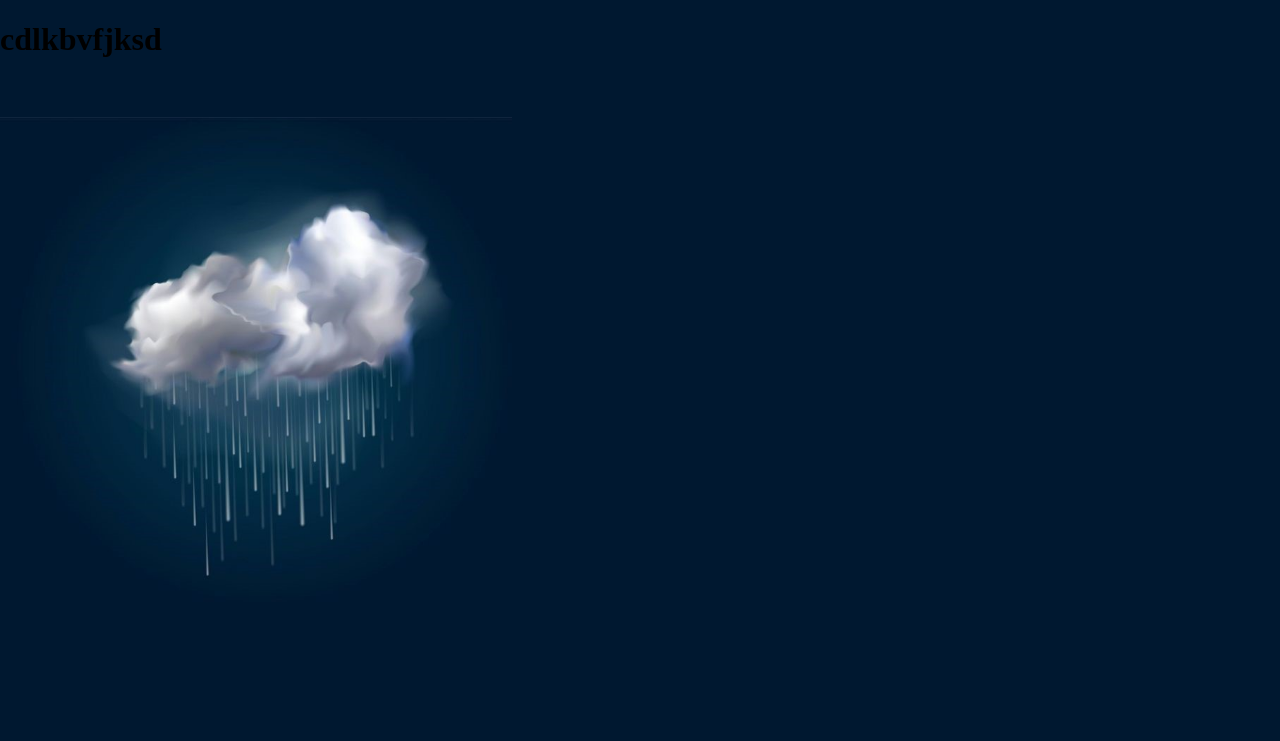
Repository: fateme81yosefi/weather
Page: landing/Landing.html
An editor plug-in stored every save of this project. The page is shown before and after a run of saves, followed by the edit.
The browser window is 1280 px wide. The pictures show the whole page.

Above is the page before, as saved 2025-02-02 16:37:25.

After the next 4 saves:
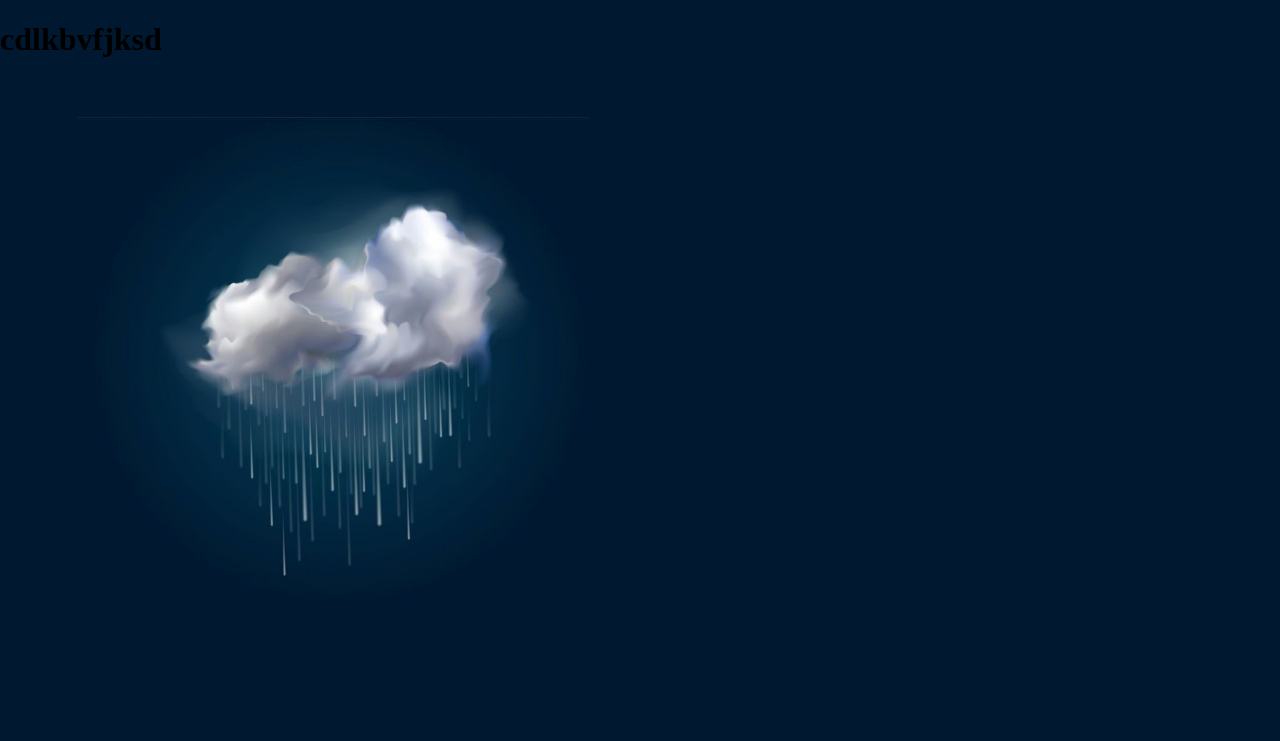
The 4 saves are shown as one change because they came seconds apart.
The last was saved 18 s later.
--- a/landing/style/landing.css
+++ b/landing/style/landing.css
@@ -8,6 +8,7 @@ body {
   background-image:url("../images/bg.jpg");
   background-position: left;
   background-size: 40%;
+  background-position: 10%;
   background-repeat: no-repeat;
   height: 100vh;
   margin: 0;
